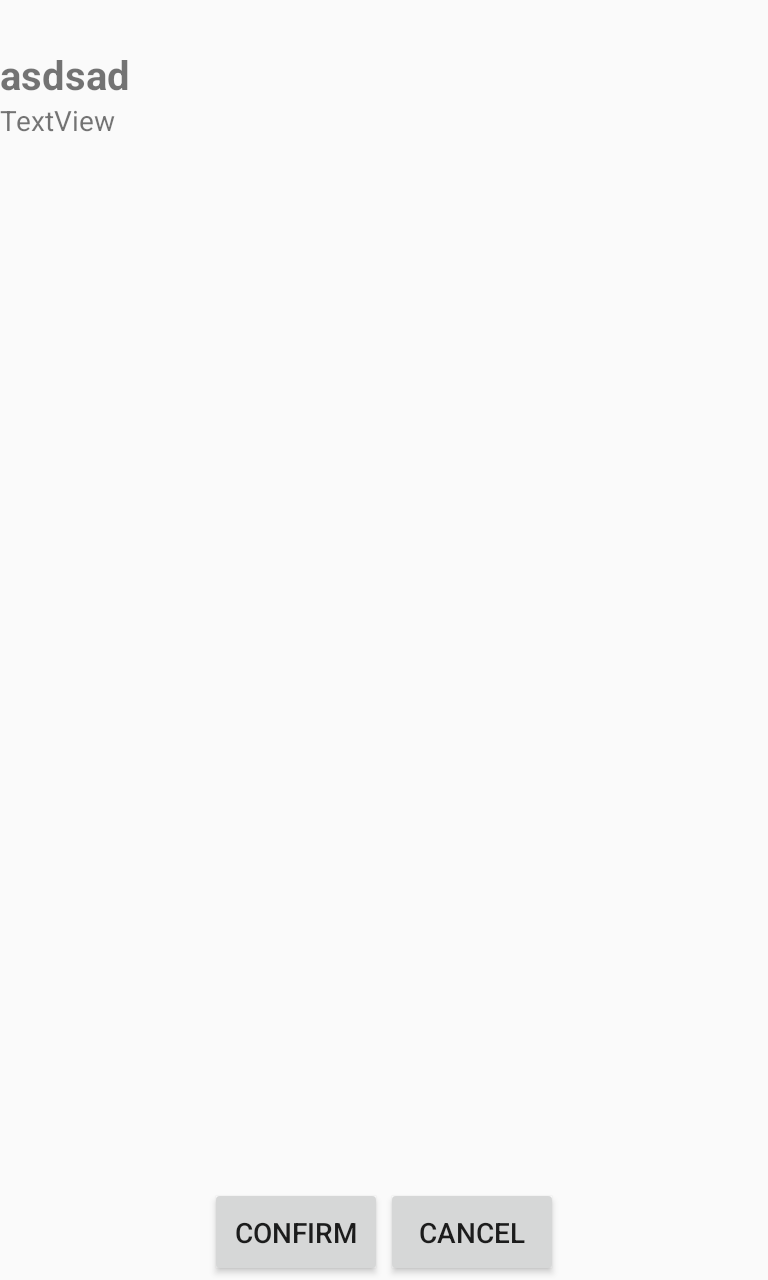
Repository: TeamZhao/Assignment-Tracker
Layout: AssignmentTracker/res/layout/activity_delete_semester_confirmation.xml
These files come from the project's save history. The layout is drawn as it stood at one moment and after the next save; the edit follows.
It is drawn on a 768 x 1280 px phone screen (xhdpi) without system bars, with theme AppTheme; the app's code is not run.

Above is the layout before, as saved 2014-11-15 05:51:15.

After the next save:
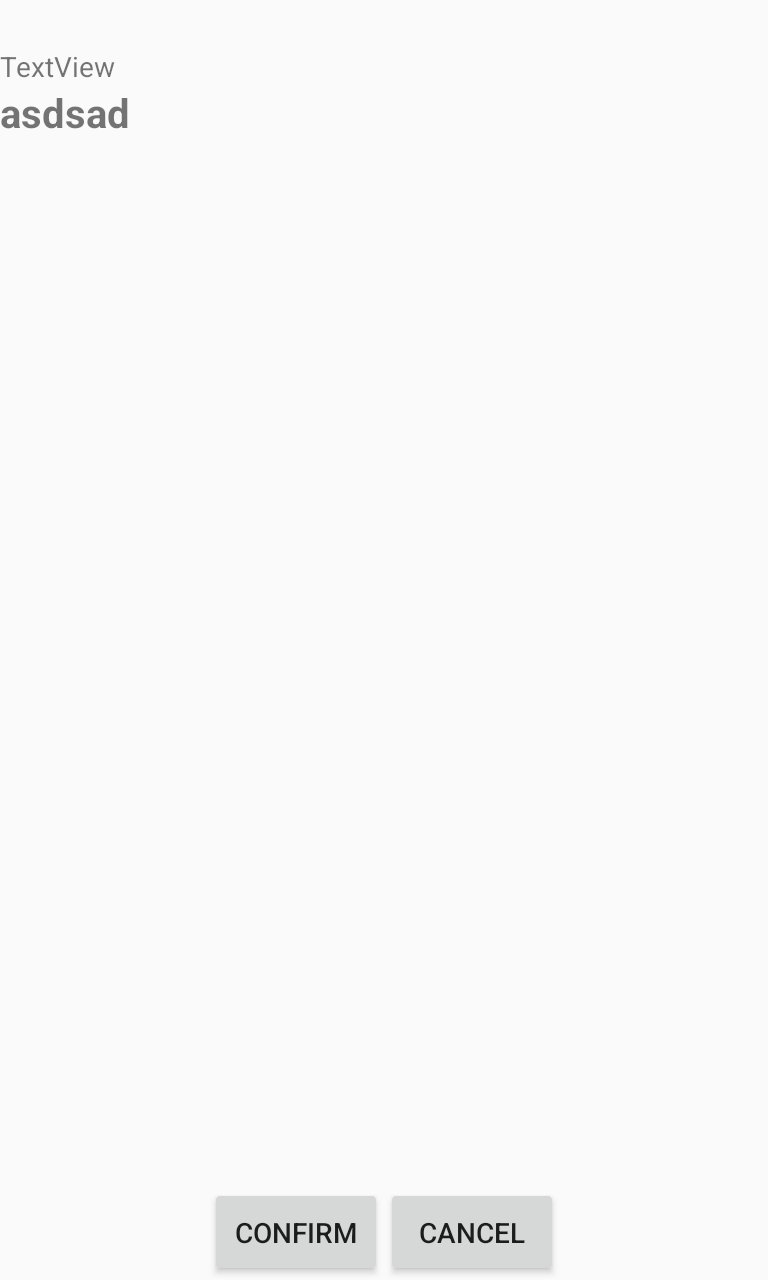
Saved 86 s later.
--- a/AssignmentTracker/res/layout/activity_delete_semester_confirmation.xml
+++ b/AssignmentTracker/res/layout/activity_delete_semester_confirmation.xml
@@ -20,6 +20,12 @@
             android:orientation="vertical" >
 
             <TextView
+                android:id="@+id/textView1"
+                android:layout_width="wrap_content"
+                android:layout_height="wrap_content"
+                android:text="TextView" />
+
+            <TextView
                 android:id="@+id/textView_DisplaySemTitle"
                 android:layout_width="wrap_content"
                 android:layout_height="wrap_content"
@@ -31,12 +37,6 @@
                 android:text="asdsad"
                 android:textSize="20sp"
                 android:textStyle="bold" />
-
-            <TextView
-                android:id="@+id/textView1"
-                android:layout_width="wrap_content"
-                android:layout_height="wrap_content"
-                android:text="TextView" />
         </LinearLayout>
     </TableRow>
 
